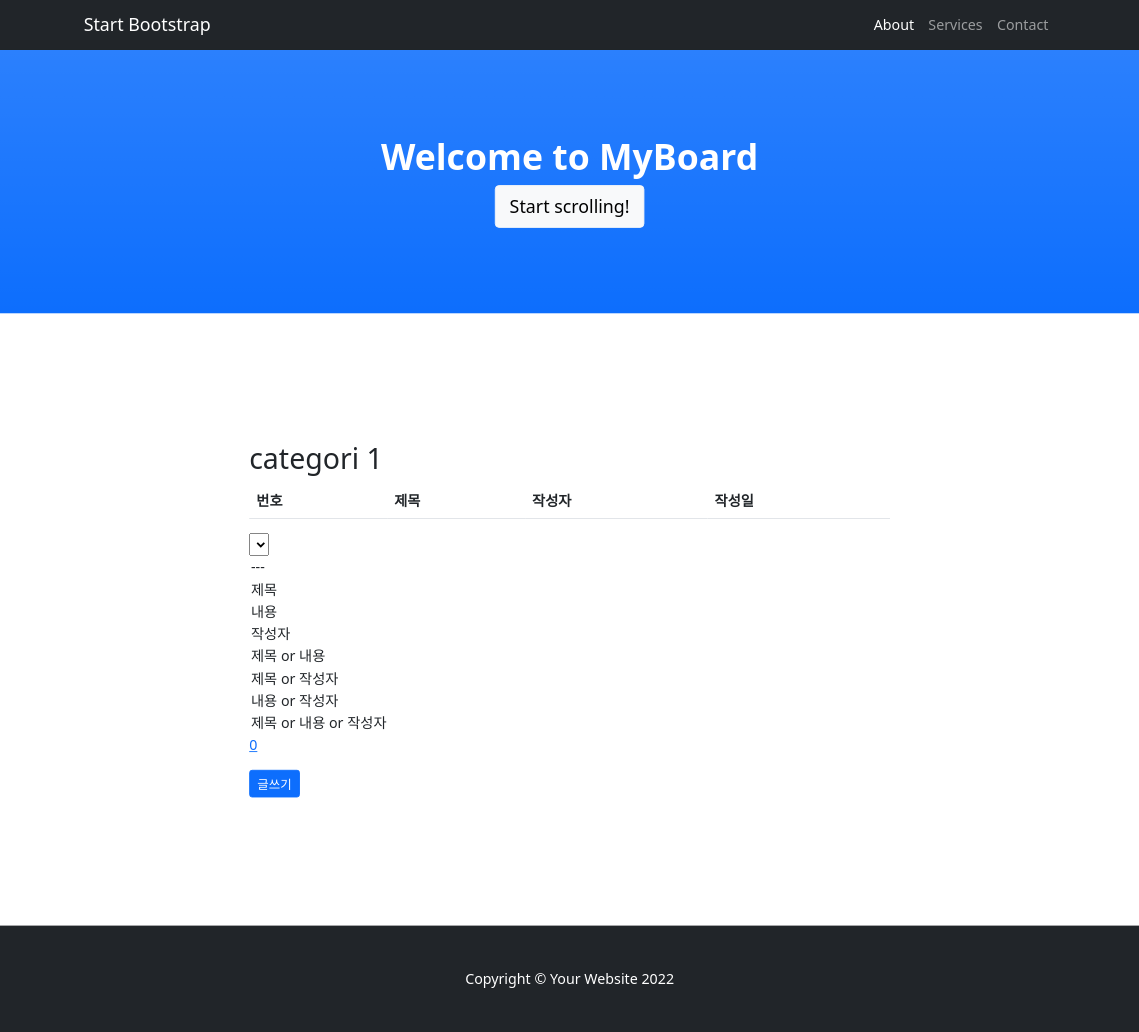
Repository: rlarmsdn2999/SpringWebProject
Page: http://localhost/myboard/WEB-INF/views/board/list.jsp
These files come from the project's save history. The page is drawn as it stood at one moment and after the next save; the edit follows.
The browser window is 1280 px wide. The pictures show the whole page, at 89% of full size.
The page is served by Tomcat 9. Nobody is signed in. The template is opened directly, without the code that normally fills it, so the values that code supplies are empty.

Above is the page before, as saved 2022-12-27 07:04:02.

After the next save:
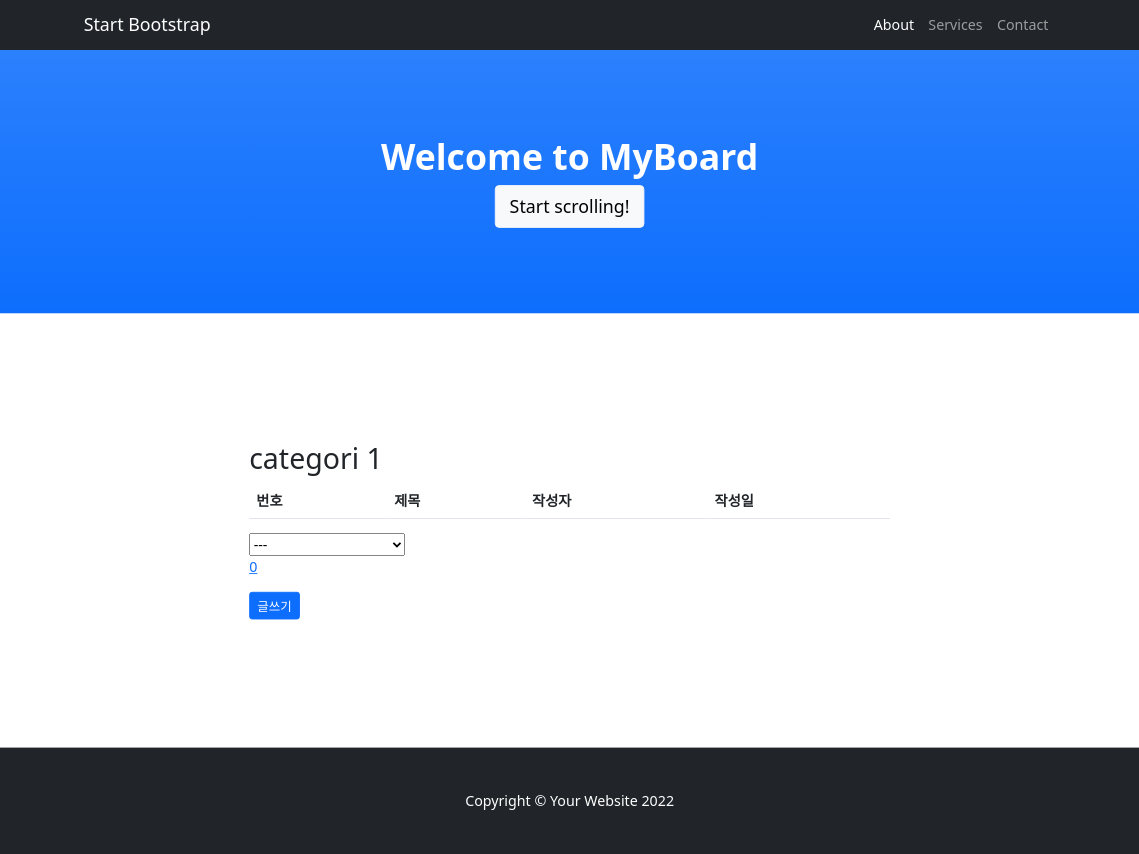
Saved 18 s later.
--- a/myboard/myboard/src/main/webapp/WEB-INF/views/board/list.jsp
+++ b/myboard/myboard/src/main/webapp/WEB-INF/views/board/list.jsp
@@ -76,15 +76,16 @@
 					<div class='row'>
 						<div class="col-lg-12">
 							<form id="searchForm" action="/board/list" method="get">
-							<select name="type"></select>
-								<option value="">---</option>
-								<option value="T">제목</option>
-								<option value="C">내용</option>
-								<option value="W">작성자</option>
-								<option value="TC">제목 or 내용</option>
-								<option value="TW">제목 or 작성자</option>
-								<option value="WC">내용 or 작성자</option>
-								<option value="TCW">제목 or 내용 or 작성자</option>
+								<select name="type">
+									<option value="">---</option>
+									<option value="T">제목</option>
+									<option value="C">내용</option>
+									<option value="W">작성자</option>
+									<option value="TC">제목 or 내용</option>
+									<option value="TW">제목 or 작성자</option>
+									<option value="WC">내용 or 작성자</option>
+									<option value="TCW">제목 or 내용 or 작성자</option>
+								</select>
 							</form>
 						</div>
 					</div>
